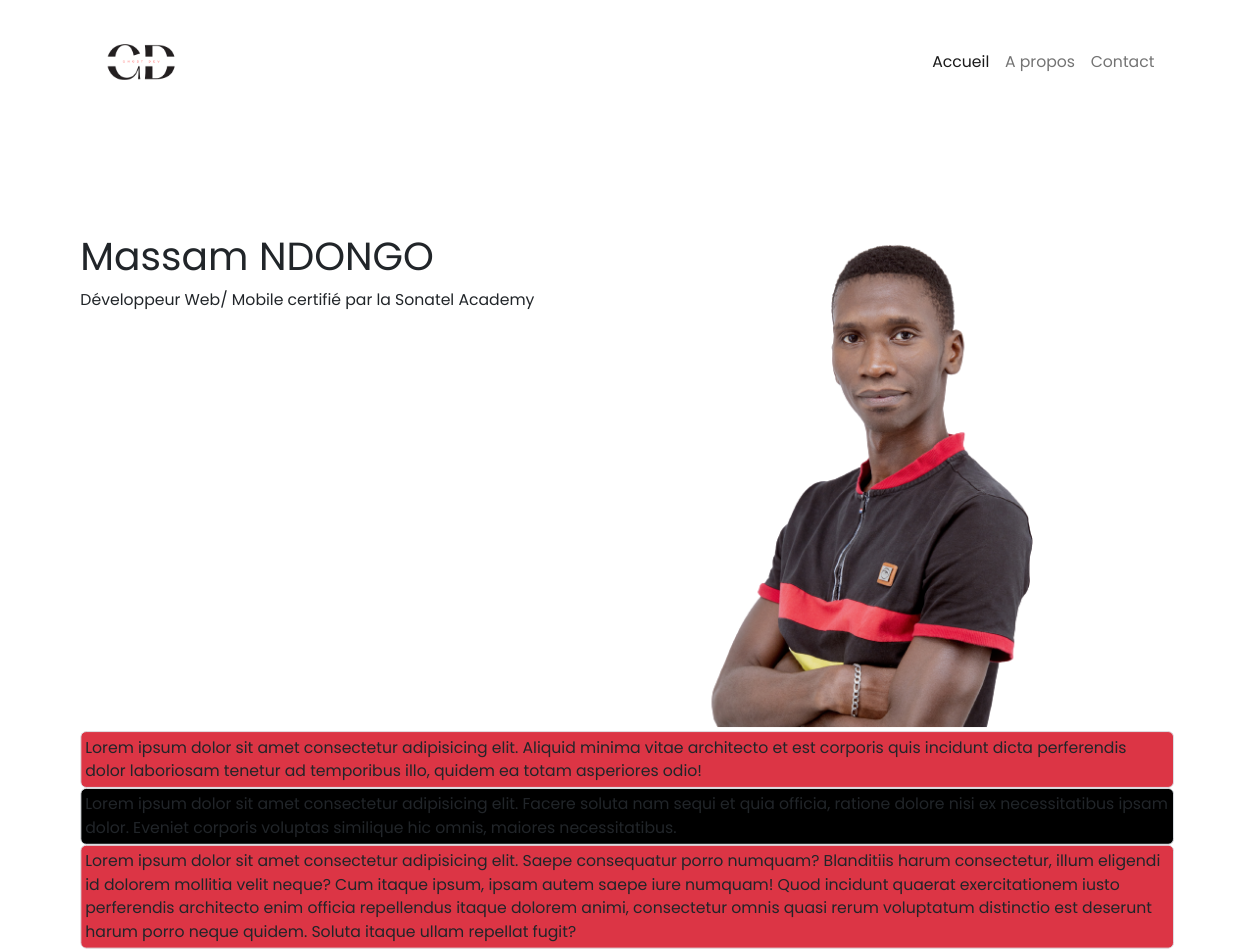
Repository: massndongo/portfolio1
Page: index.html
An editor plug-in stored every save of this project. The page is shown before and after a run of saves, followed by the edit.
The browser window is 1280 px wide. The pictures show the whole page, at 98% of full size.

Above is the page before, as saved 2023-05-29 17:54:39.

### index.html
<!DOCTYPE html>
<html>
<head>
    <meta charset='utf-8'>
    <meta http-equiv='X-UA-Compatible' content='IE=edge'>
    <title>Portfolio Massam NDONGO</title>
    <meta name='viewport' content='width=device-width, initial-scale=1'>
    <link rel="stylesheet" href="https://cdn.jsdelivr.net/npm/bootstrap@5.2.3/dist/css/bootstrap.min.css" integrity="sha384-rbsA2VBKQhggwzxH7pPCaAqO46MgnOM80zW1RWuH61DGLwZJEdK2Kadq2F9CUG65" crossorigin="anonymous">
    <link rel="stylesheet" href="./assets/css/main.css">
</head>
<body>
    <div class="container">

        <!-- navbar -->
        <nav class="navbar navbar-expand-lg bg-body-tertiary container">
            <div class="container-fluid">
              <a class="navbar-brand" href="#"><img class="img-thumbnail border-0" width="100px" height="100px" src="./assets/images/logo.png" alt="" srcset=""></a>
              <button class="navbar-toggler" type="button" data-bs-toggle="collapse" data-bs-target="#navbarText" aria-controls="navbarText" aria-expanded="false" aria-label="Toggle navigation">
                <span class="navbar-toggler-icon"></span>
              </button>
              <div class="collapse navbar-collapse d-flex flex-row justify-content-end" id="navbarText">
                <div>
                    <ul class="navbar-nav me-auto mb-2 mb-lg-0">
                      <li class="nav-item">
                        <a class="nav-link active" aria-current="page" href="#">Accueil</a>
                      </li>
                      <li class="nav-item">
                        <a class="nav-link" href="#propos" onclick="scrollToSection('propos')">A propos</a>
                      </li>
                      <li class="nav-item">
                        <a class="nav-link" href="#contact" onclick="scrollToSection('contact')">Contact</a>
                      </li>
                    </ul>
                </div>
              </div>
            </div>
        </nav>
        <!-- End Navbar -->

        <div class="contenu">

        <div class="propos d-flex row flex-row justify-content-center" id="propos">
            <div class="col-lg-6 col-md-12 mb-1 align">
                <h1>Massam NDONGO</h1>
                <P>Développeur Web/ Mobile certifié par la Sonatel Academy</P>
            </div>
            <div class="col-lg-6 col-md-12">
                <img src="./assets/images/mass.png" class="img-thumbnail border-0" alt="" srcset="">
            </div>
        </div>

        <div class="skills img-thumbnail bg-danger" id="contact">
            Lorem ipsum dolor sit amet consectetur adipisicing elit. Aliquid minima vitae architecto et est corporis quis incidunt dicta perferendis dolor laboriosam tenetur ad temporibus illo, quidem ea totam asperiores odio!
        </div>

        <div class="projets img-thumbnail bg-black">
            Lorem ipsum dolor sit amet consectetur adipisicing elit. Facere soluta nam sequi et quia officia, ratione dolore nisi ex necessitatibus ipsam dolor. Eveniet corporis voluptas similique hic omnis, maiores necessitatibus.
        </div>

        <div class="contact img-thumbnail bg-danger">
            Lorem ipsum dolor sit amet consectetur adipisicing elit. Saepe consequatur porro numquam? Blanditiis harum consectetur, illum eligendi id dolorem mollitia velit neque? Cum itaque ipsum, ipsam autem saepe iure numquam!
            Quod incidunt quaerat exercitationem iusto perferendis architecto enim officia repellendus itaque dolorem animi, consectetur omnis quasi rerum voluptatum distinctio est deserunt harum porro neque quidem. Soluta itaque ullam repellat fugit?

        </div>
        </div>


        <footer></footer>

    </div>


    <!-- script -->
    <script src="https://cdn.jsdelivr.net/npm/bootstrap@5.2.3/dist/js/bootstrap.min.js" integrity="sha384-cuYeSxntonz0PPNlHhBs68uyIAVpIIOZZ5JqeqvYYIcEL727kskC66kF92t6Xl2V" crossorigin="anonymous"></script>
    <script src="https://cdn.jsdelivr.net/npm/bootstrap@5.2.3/dist/js/bootstrap.bundle.min.js" integrity="sha384-kenU1KFdBIe4zVF0s0G1M5b4hcpxyD9F7jL+jjXkk+Q2h455rYXK/7HAuoJl+0I4" crossorigin="anonymous"></script>
    <script src='./assets/js/main.js'></script>
</body>
</html>

### assets/css/main.css
@font-face {
    font-family: 'Poppins Regular';
    src: url('../fonts/poppins/Poppins-Regular.ttf') format('truetype');
  }

  /* Utilisation de la police */
  body {
    font-family: 'Poppins Regular', sans-serif;
  }

.contenu {
    margin-top: 10%;
}

### assets/js/main.js
  // Sélectionnez tous les liens de la navbar avec la classe "nav-link"
  var navLinks = document.querySelectorAll('.nav-link');

  // Parcourez tous les liens et ajoutez un gestionnaire d'événement pour le clic
  navLinks.forEach(function(link) {
    link.addEventListener('click', function(event) {
      event.preventDefault(); // Empêche le comportement par défaut du navigateur
      var target = this.getAttribute('href'); // Récupère l'attribut href du lien
      scrollToSection(target); // Appelle la fonction de défilement vers la section cible
    });
  });

  // Fonction pour déplacer l'utilisateur vers une section spécifique
  function scrollToSection(sectionId) {
    var section = document.querySelector(sectionId);
    if (section) {
      section.scrollIntoView({ behavior: 'smooth' });
    }
  }

After the next 3 saves:
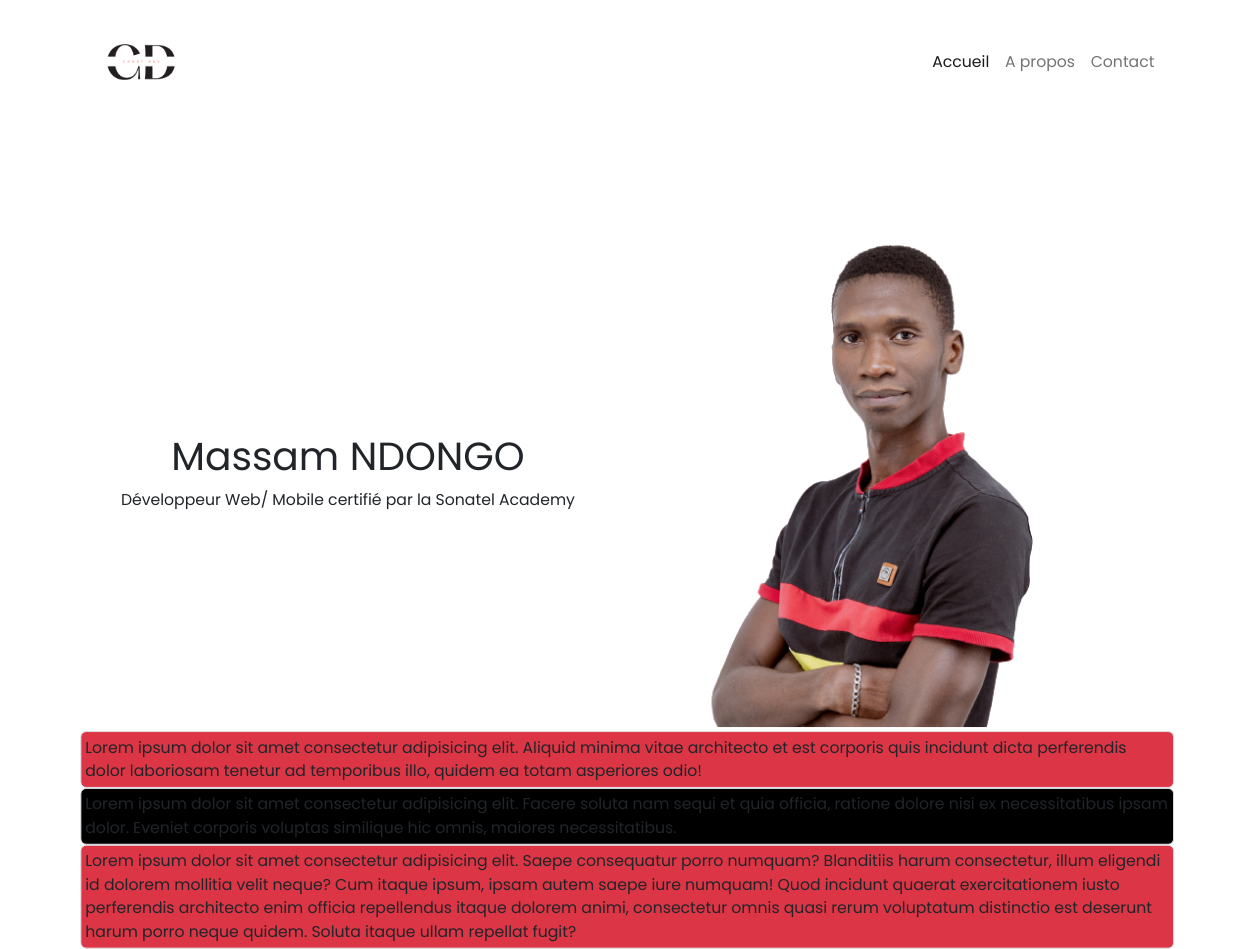
The 3 saves are shown as one change because they came seconds apart.
The last was saved 10 s later.
--- a/index.html
+++ b/index.html
@@ -40,7 +40,7 @@
         <div class="contenu">
 
         <div class="propos d-flex row flex-row justify-content-center" id="propos">
-            <div class="col-lg-6 col-md-12 mb-1 align">
+            <div class="col-lg-6 col-md-12 mb-1 align-content-center text-center">
                 <h1>Massam NDONGO</h1>
                 <P>Développeur Web/ Mobile certifié par la Sonatel Academy</P>
             </div>
